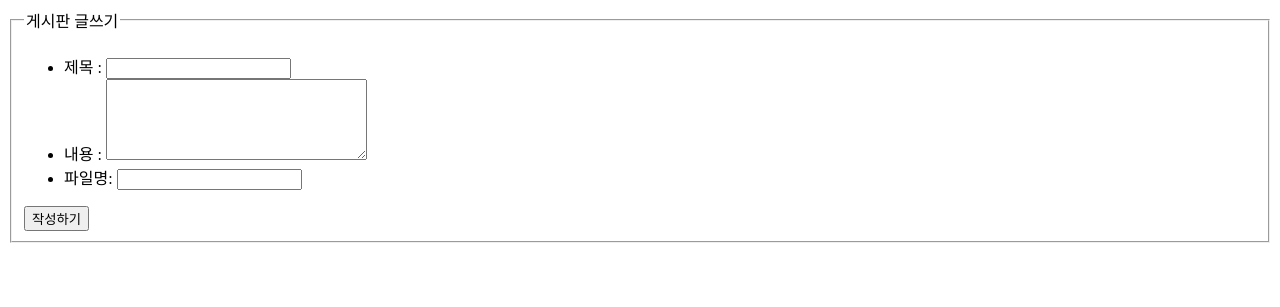
Repository: khy4701/JavaServerPage-Servlet
Page: http://localhost/07.BoardProejct/WriteForm.jsp
These files come from the project's save history. The page is drawn as it stood at one moment and after the next save; the edit follows.
The browser window is 1280 px wide. The pictures show the whole page.
The page is served by Tomcat 9.

Above is the page before, as saved 2016-07-25 05:29:32.

After the next save:
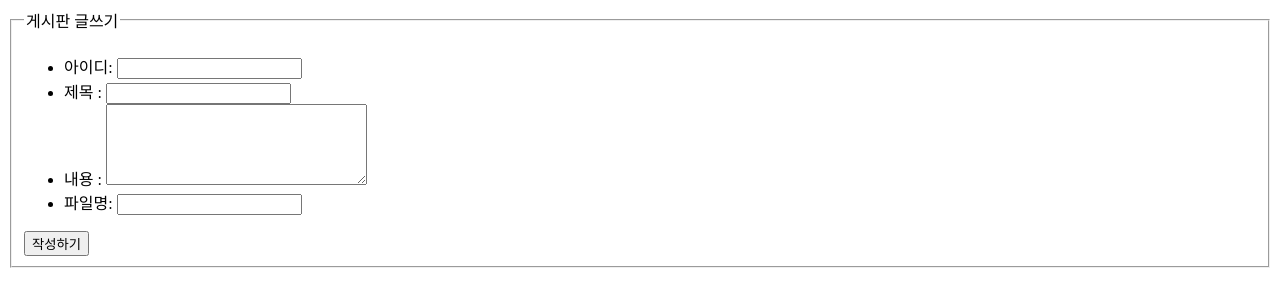
Saved 12 s later.
--- a/07.BoardProejct/WebContent/WriteForm.jsp
+++ b/07.BoardProejct/WebContent/WriteForm.jsp
@@ -13,6 +13,7 @@
 <fieldset>
 	<legend>게시판 글쓰기</legend>
 	<ul>
+		<li> 아이디: <input type="text"></li>
 		<li> 제목 : <input type="text"></li>
 		<li> 내용 : <textarea rows="5" cols="30" name="contents"></textarea></li>
 		<li> 파일명: <input type="text"></li>
